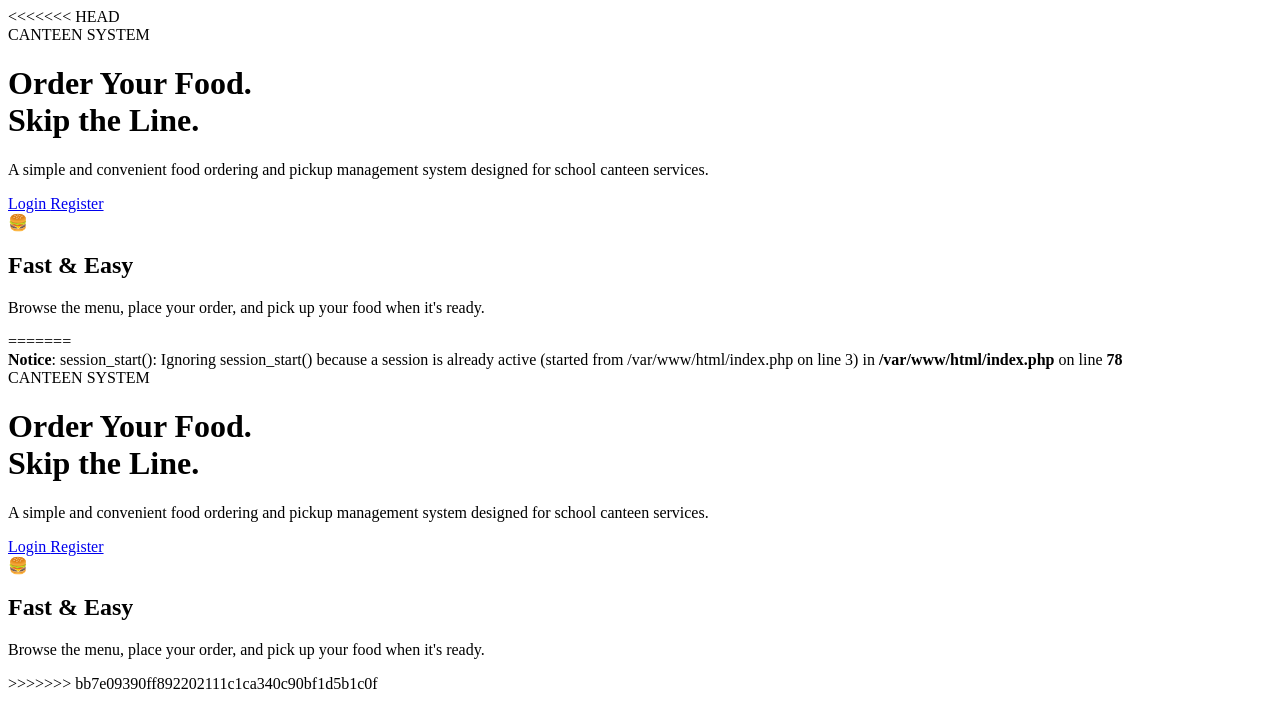
Repository: iverliz/canteen-system
Page: http://localhost/
The author's editor kept a copy of each file at every save. The page is drawn from the files as they stood at one save, then again after the next save.
The browser window is 1280 px wide. The pictures show the whole page.
The page is run by PHP 8.4 with error messages shown; the project is at /var/www/html/.

Above is the page before, as saved 2026-08-19 13:54:50.
Not found: assets/css/style.css

### index.php
<<<<<<< HEAD
<?php
session_start();
?>

<!DOCTYPE html>
<html lang="en">
<head>
    <meta charset="UTF-8">
    <meta name="viewport" content="width=device-width, initial-scale=1.0">

    <title>Canteen System</title>
    <link rel="stylesheet" href="assets/css/style.css">
</head>

<body>

    <div class="container">

        <!-- LEFT SIDE -->
        <div class="left">

            <div class="logo">
                CANTEEN SYSTEM
            </div>

            <h1>
                Order Your Food.<br>
                <span>Skip the Line.</span>
            </h1>

            <p>
                A simple and convenient food ordering and pickup
                management system designed for school canteen services.
            </p>

            <div class="buttons">

                <a href="auth/login.php" class="btn btn-login">
                    Login
                </a>

                <a href="auth/register.php" class="btn btn-register">
                    Register
                </a>

            </div>

        </div>

        <!-- RIGHT SIDE -->
        <div class="right">

            <div>

                <div class="food-icon">
                    🍔
                </div>

                <h2>
                    Fast & Easy
                </h2>

                <p>
                    Browse the menu, place your order,
                    and pick up your food when it's ready.
                </p>

            </div>

        </div>

    </div>

</body>
=======
<?php
session_start();
?>

<!DOCTYPE html>
<html lang="en">
<head>
    <meta charset="UTF-8">
    <meta name="viewport" content="width=device-width, initial-scale=1.0">

    <title>Canteen System</title>
    <link rel="stylesheet" href="assets/css/style.css">
</head>

<body>

    <div class="container">

        <!-- LEFT SIDE -->
        <div class="left">

            <div class="logo">
                CANTEEN SYSTEM
            </div>

            <h1>
                Order Your Food.<br>
                <span>Skip the Line.</span>
            </h1>

            <p>
                A simple and convenient food ordering and pickup
                management system designed for school canteen services.
            </p>

            <div class="buttons">

                <a href="auth/login.php" class="btn btn-login">
                    Login
                </a>

                <a href="auth/register.php" class="btn btn-register">
                    Register
                </a>

            </div>

        </div>

        <!-- RIGHT SIDE -->
        <div class="right">

            <div>

                <div class="food-icon">
                    🍔
                </div>

                <h2>
                    Fast & Easy
                </h2>

                <p>
                    Browse the menu, place your order,
                    and pick up your food when it's ready.
                </p>

            </div>

        </div>

    </div>

</body>
>>>>>>> bb7e09390ff892202111c1ca340c90bf1d5b1c0f
</html>

After the next save:
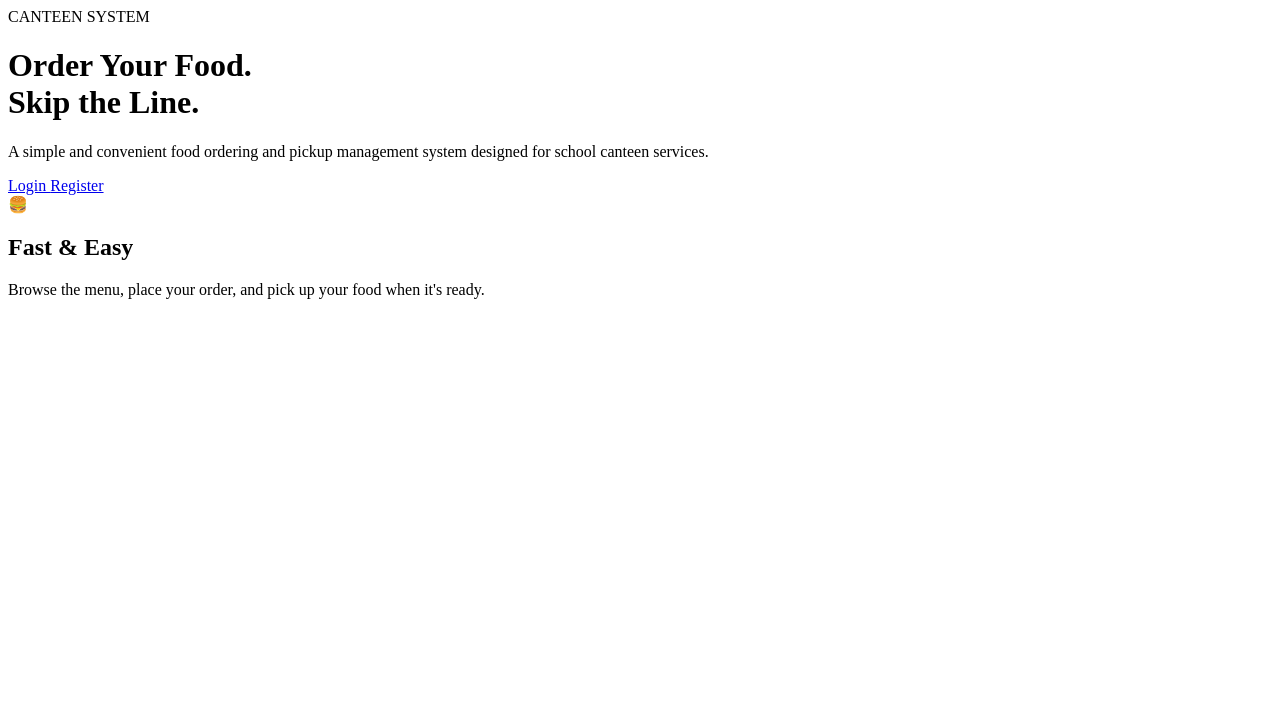
Saved 24 s later.
--- a/index.php
+++ b/index.php
@@ -1,4 +1,3 @@
-<<<<<<< HEAD
 <?php
 session_start();
 ?>
@@ -73,80 +72,4 @@ session_start();
     </div>
 
 </body>
-=======
-<?php
-session_start();
-?>
-
-<!DOCTYPE html>
-<html lang="en">
-<head>
-    <meta charset="UTF-8">
-    <meta name="viewport" content="width=device-width, initial-scale=1.0">
-
-    <title>Canteen System</title>
-    <link rel="stylesheet" href="assets/css/style.css">
-</head>
-
-<body>
-
-    <div class="container">
-
-        <!-- LEFT SIDE -->
-        <div class="left">
-
-            <div class="logo">
-                CANTEEN SYSTEM
-            </div>
-
-            <h1>
-                Order Your Food.<br>
-                <span>Skip the Line.</span>
-            </h1>
-
-            <p>
-                A simple and convenient food ordering and pickup
-                management system designed for school canteen services.
-            </p>
-
-            <div class="buttons">
-
-                <a href="auth/login.php" class="btn btn-login">
-                    Login
-                </a>
-
-                <a href="auth/register.php" class="btn btn-register">
-                    Register
-                </a>
-
-            </div>
-
-        </div>
-
-        <!-- RIGHT SIDE -->
-        <div class="right">
-
-            <div>
-
-                <div class="food-icon">
-                    🍔
-                </div>
-
-                <h2>
-                    Fast & Easy
-                </h2>
-
-                <p>
-                    Browse the menu, place your order,
-                    and pick up your food when it's ready.
-                </p>
-
-            </div>
-
-        </div>
-
-    </div>
-
-</body>
->>>>>>> bb7e09390ff892202111c1ca340c90bf1d5b1c0f
 </html>
